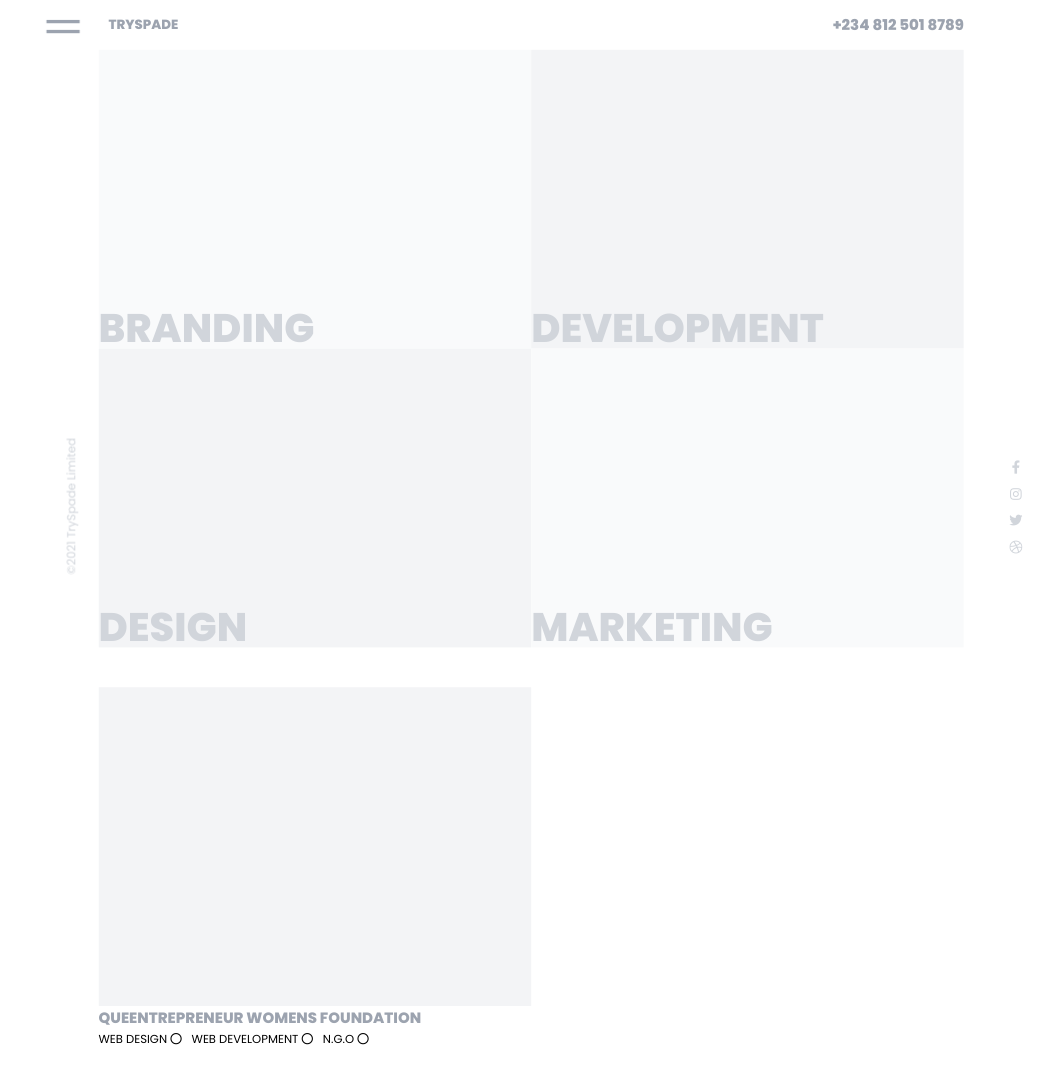
Repository: latenightsnacc/super-octo-fortnight
Page: new.html
An editor plug-in stored every save of this project. The page is shown before and after the next save, followed by the edit.
The browser window is 1280 px wide. The pictures show the whole page, at 83% of full size.
Some web libraries are served in a nearby version.

Above is the page before, as saved 2021-03-01 14:16:14.

After the next save:
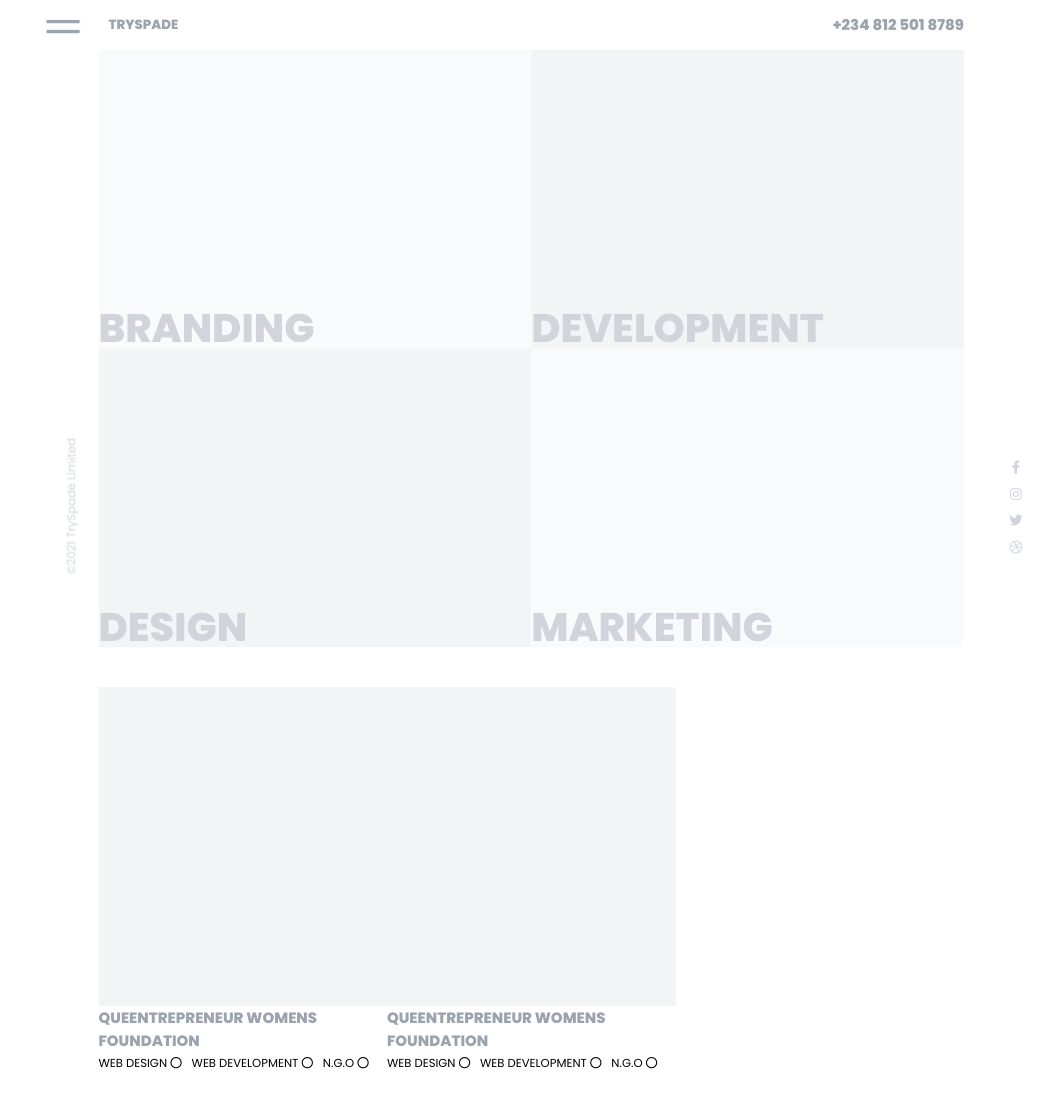
Saved 77 s later.
--- a/new.html
+++ b/new.html
@@ -119,6 +119,32 @@
                                 </a>
                             </div>
                         </div>
+                        <div class="md:w-1/2">
+                            <div class="w-full bg-gray-100 h-96">
+
+                            </div>
+                            <a href="#" class="text-gray-400 py-2 uppercase font-bold text-lg hover:no-underline hover:text-gray-500">queentrepreneur womens foundation</a>
+                            <div>
+                                <a href="#" class="text-black uppercase hover:no-underline hover:text-black text-sm mr-2">
+                                    web design
+                                    <span class="text-black text-sm">
+                                       <i class="far fa-circle"></i>
+                                    </span>
+                                </a>
+                                <a href="#" class="text-black uppercase hover:no-underline hover:text-black text-sm mr-2">
+                                    web development
+                                    <span class="text-black text-sm">
+                                       <i class="far fa-circle"></i>
+                                    </span>
+                                </a>
+                                <a href="#" class="text-black uppercase hover:no-underline hover:text-black text-sm">
+                                    N.G.O
+                                    <span class="text-black text-sm">
+                                       <i class="far fa-circle"></i>
+                                    </span>
+                                </a>
+                            </div>
+                        </div>
                         <div class="w-1/2"></div>
                     </div>
                 </div>
